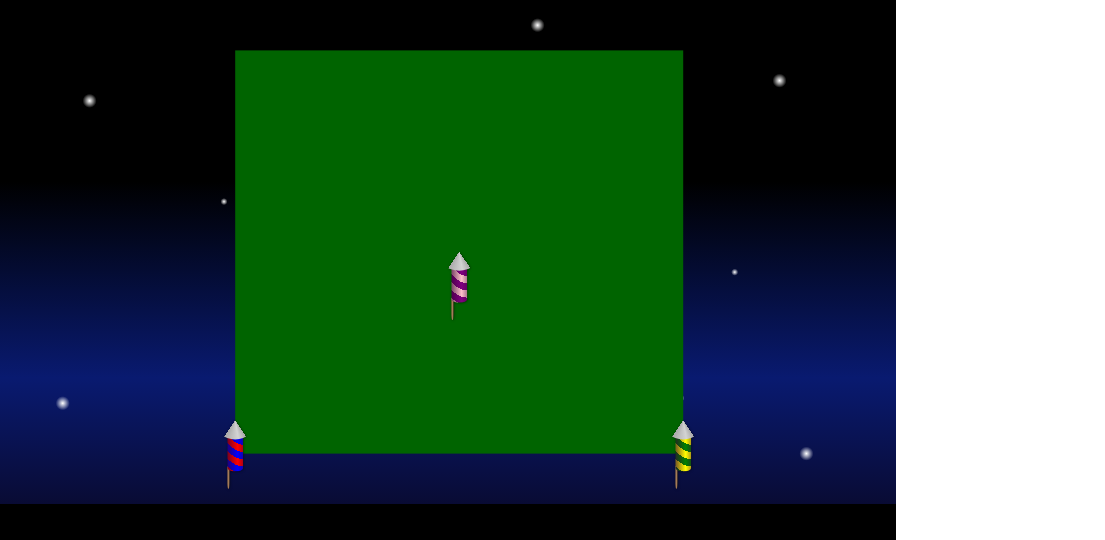
Repository: juliandecloe/CSS-To-The-Rescue---Julian-de-Cloe
Page: index.html
These files come from the project's save history. The page is drawn as it stood at one moment and after the next save; the edit follows.
The browser window is 1280 px wide. The page is 1280 px wide, then 1579 px, then 1280 px, so the pictures cover 1579 px, including what lies to the right of the window. The pictures show the part of the page from y = 0 to 1560 px (the page is 772 px tall before and 8567 px after), at 70% of full size.

Above is the page before, as saved 2022-03-10 17:06:06.

After the next save:
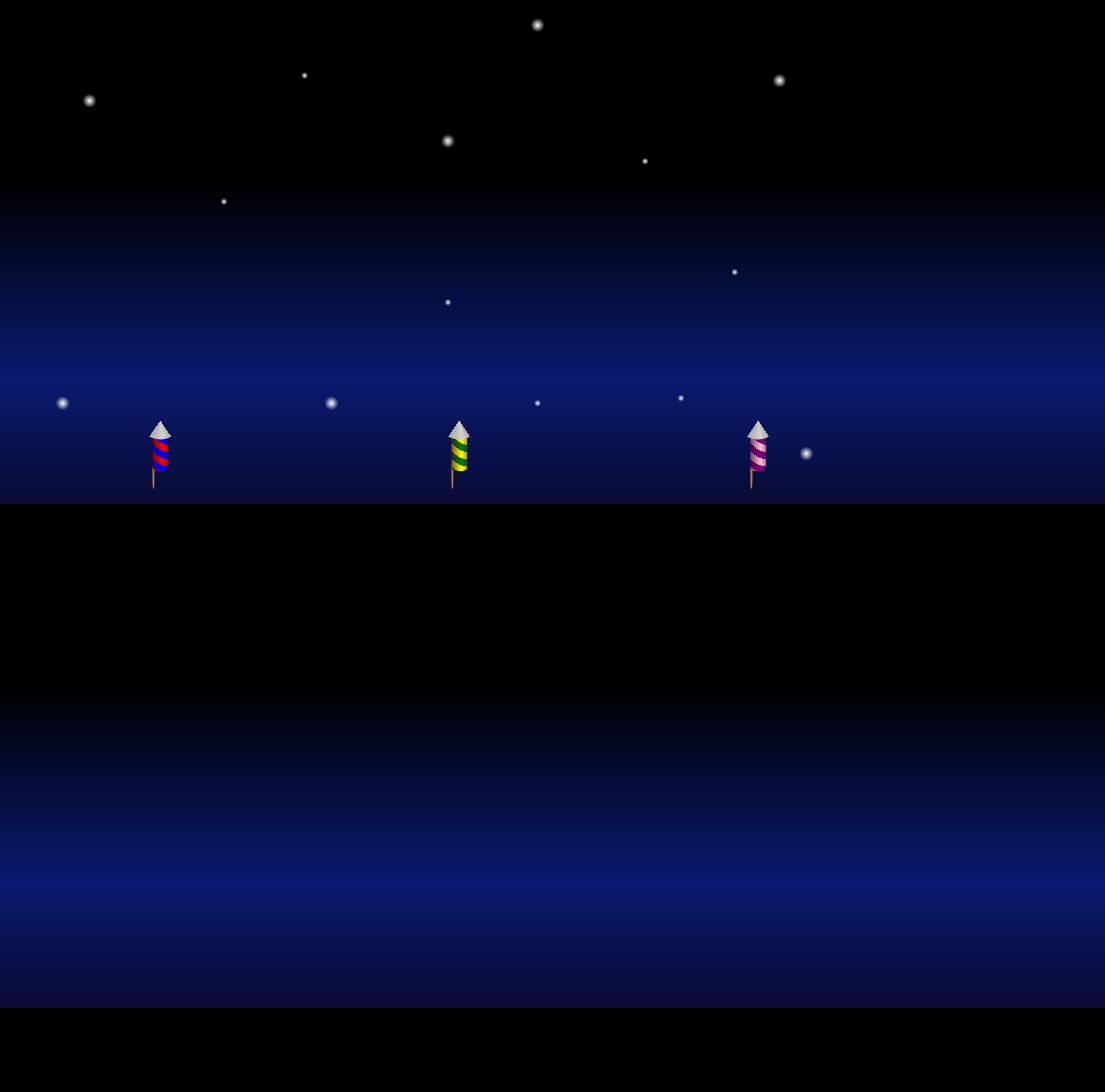
Saved 26 s later.
--- a/style.css
+++ b/style.css
@@ -196,26 +196,6 @@
 
 input {
 	display: none;
-}
-
-/*========== CLOUDS ==========*/
-
-section:last-child {
-	position: absolute;
-	top: 10vh;
-	background-color: darkgreen;
-	width: 50vw;
-	height: 80vh;
-}
-
-article ul {
-	position: relative;
-}
-
-article li {
-	background-color: yellow;
-	width: 5rem;
-	height: 5rem;
 }
 
 /*========== FIRE ROCKET ==========*/

After the save that followed:
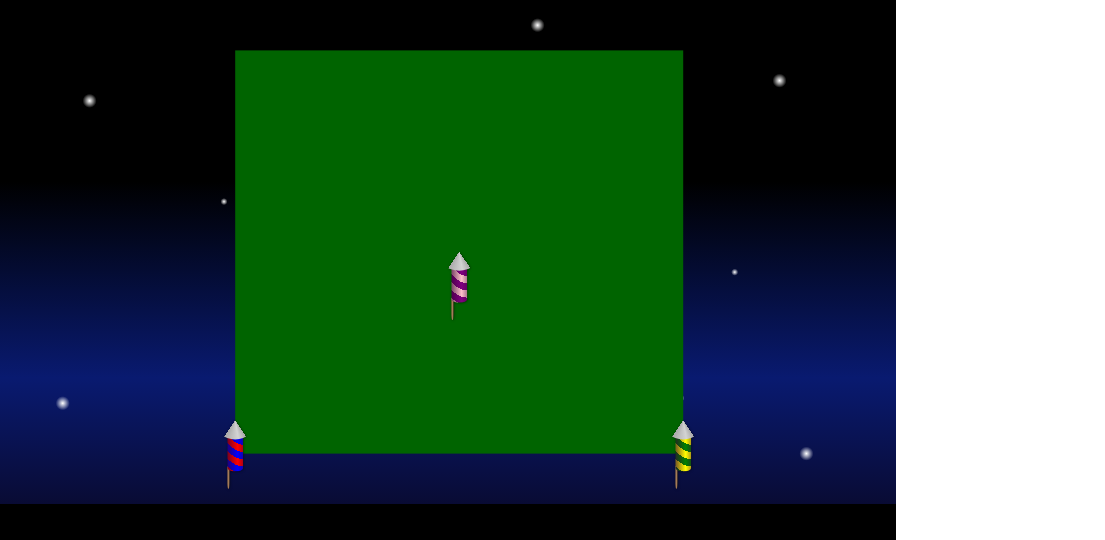
Saved 8 s later.
--- a/style.css
+++ b/style.css
@@ -567,3 +567,28 @@
 		transform: var(--rotate2) translateY(0) scaleY(0);
 	}
 }
+
+
+
+/*========== CLOUDS ==========*/
+
+section:last-child {
+	position: absolute;
+	top: 10vh;
+	background-color: darkgreen;
+	width: 50vw;
+	height: 80vh;
+}
+
+article ul {
+	position: relative;
+}
+
+article li {
+	background-color: white;
+	width: 5rem;
+	height: 5rem;
+	display: default;
+	visibility: visible;
+	opacity: 1;
+}
